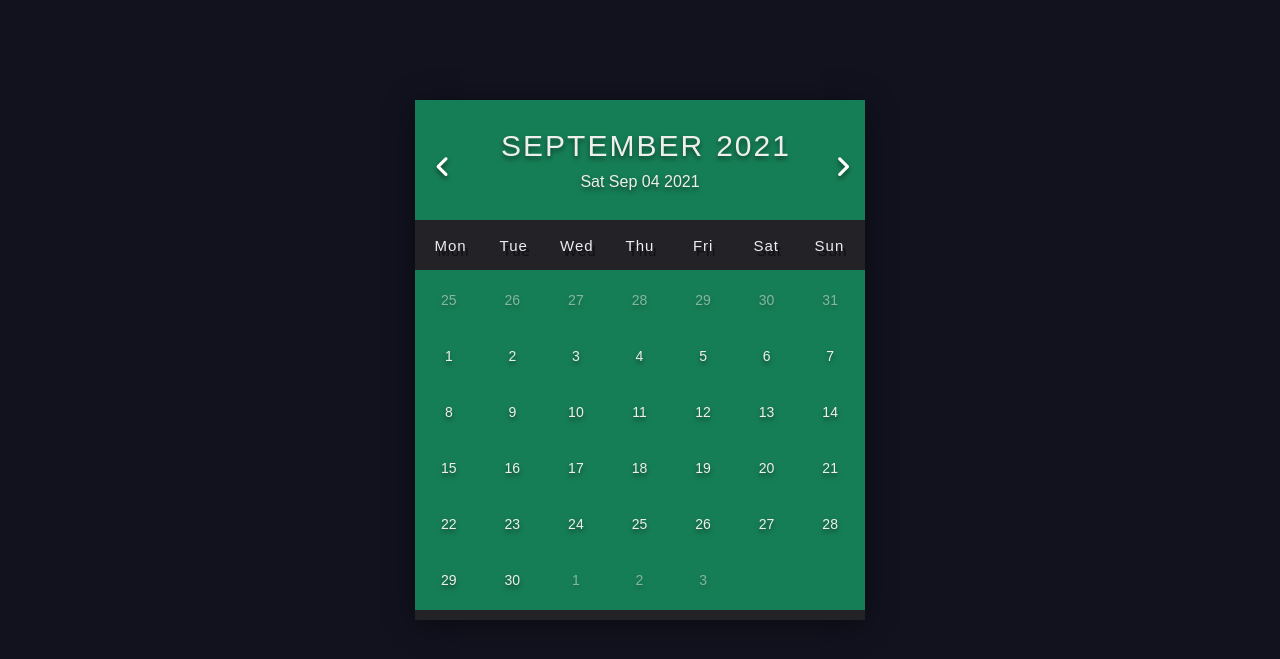
Repository: dboinska/calendar
Page: index.html
These files come from the project's save history. The page is drawn as it stood at one moment and after the next save; the edit follows.
The browser window is 1280 px wide. The pictures show the whole page.
After loading, the first visible `div.days` was clicked once.
Some web libraries are served in a nearby version.

Above is the page before, as saved 2021-09-06 19:33:20.

After the next save:
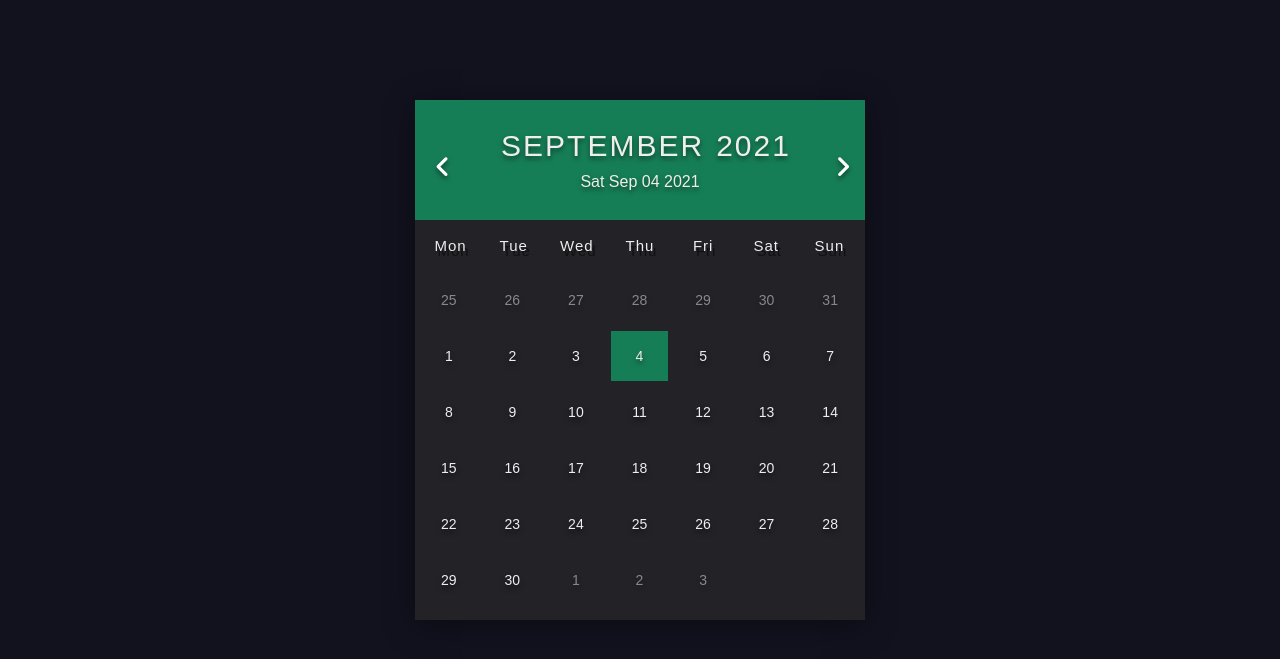
Console error: ReferenceError: todady is not defined
Saved 35 s later.
--- a/script.js
+++ b/script.js
@@ -110,7 +110,9 @@
       findClickedDay.classList.remove("clickedDay");
     }
     const today = document.querySelector(".today");
-    today.classList.remove("today");
+    if (todady.classList.contains("today")) {
+      today.classList.remove("today");
+    }
     event.target.classList.add("clickedDay");
   });
   // const days = [...document.querySelectorAll(".days div")];

After the save that followed:
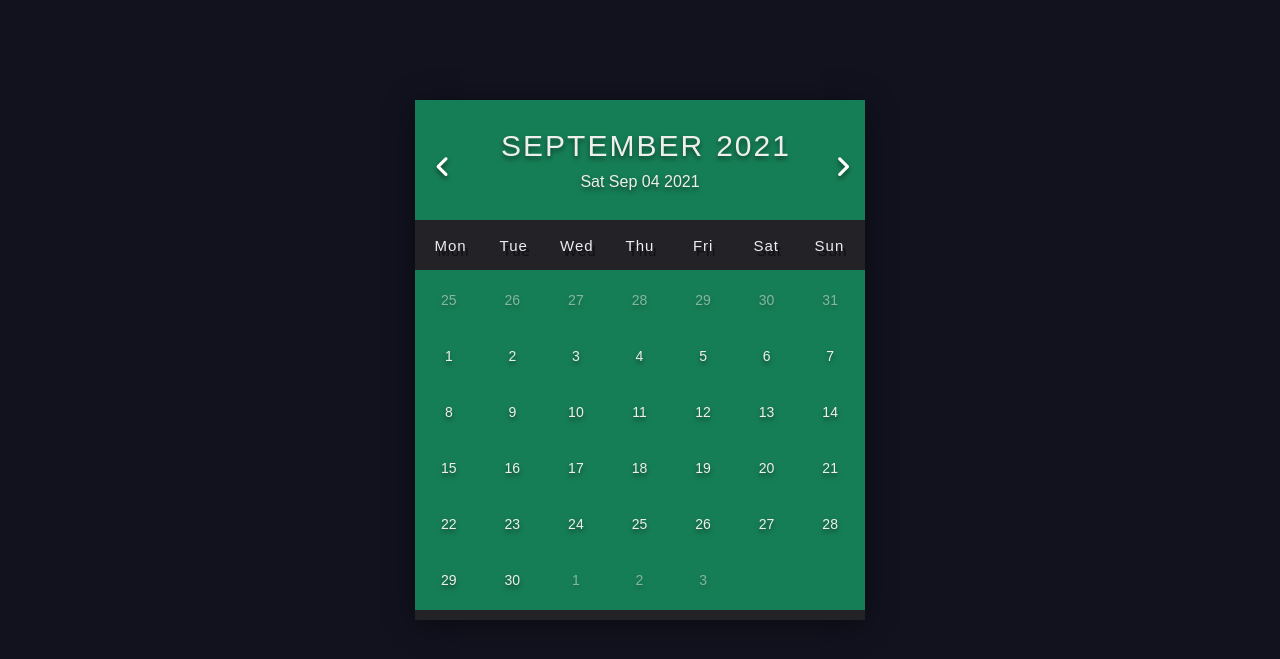
The error is gone.
Saved 7 s later.
--- a/script.js
+++ b/script.js
@@ -110,7 +110,7 @@
       findClickedDay.classList.remove("clickedDay");
     }
     const today = document.querySelector(".today");
-    if (todady.classList.contains("today")) {
+    if (today.classList.contains("today")) {
       today.classList.remove("today");
     }
     event.target.classList.add("clickedDay");
